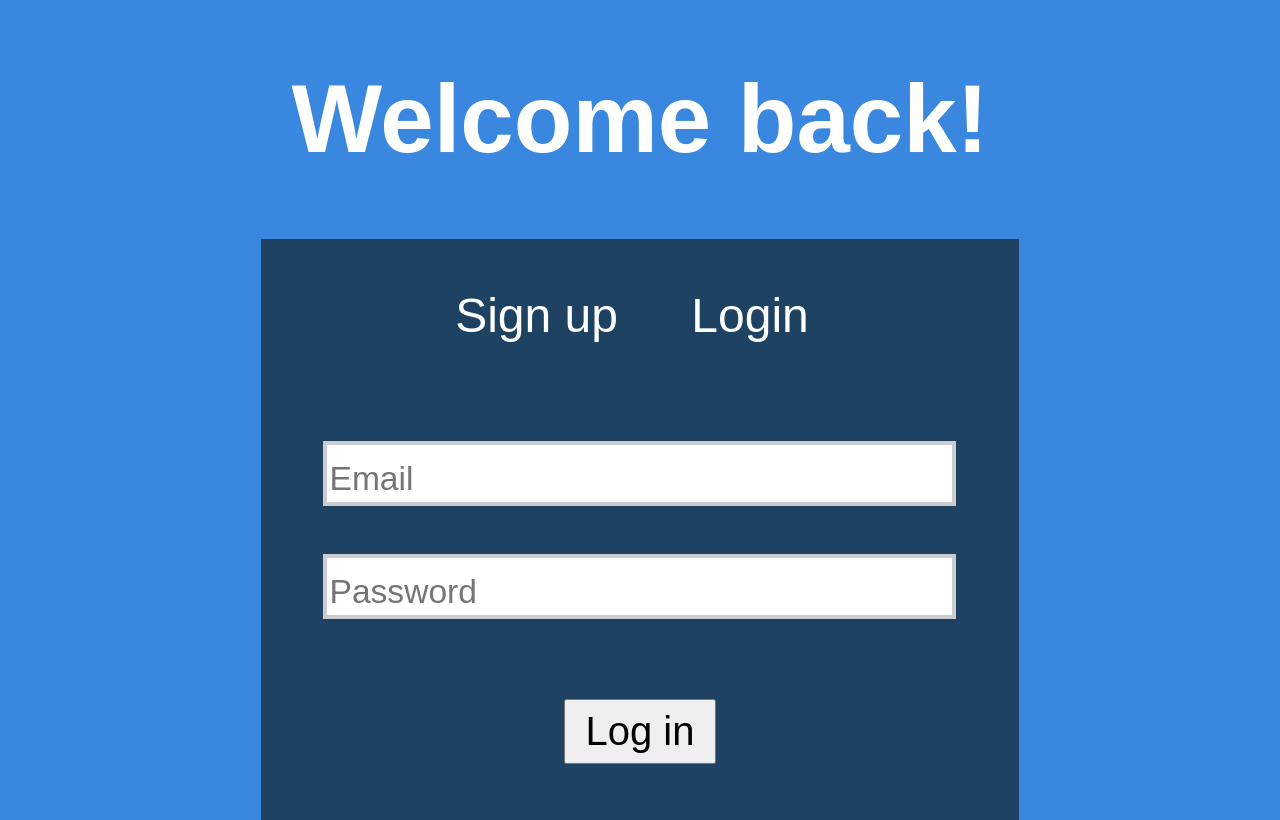
Repository: NicolasssCarlos/basic-flask-login
Page: http://localhost/
An editor plug-in stored every save of this project. The page is shown before and after the next save, followed by the edit.
The browser window is 1280 px wide. The pictures show the whole page.
The pointer rests on the first visible `.buttons button`.
The page is served by the project's application, run on Flask 3 (app.py).

Above is the page before, as saved 2025-06-11 21:03:16.

### templates/index.html
<!DOCTYPE html>
<html lang="en">
<head>
    <meta charset="UTF-8">
    <meta name="viewport" content="width=device-width, initial-scale=1.0">


    <link rel="stylesheet" href="{{url_for('static', filename='main.css')}}">
    <title>Document</title>
</head>
<body class="login">


    <div class="container">


        <h1>Welcome back!</h1>


        <div class="log-in">


            <form method="post">


                <div class="buttons">


                    <button type="button" onclick="window.location.href='/signup'">Sign up</button>


                    <button type="button" onclick="window.location.href='/'">Login</button>



                </div>


                <div class="inputs">


                    <input type="email" name="email" placeholder="Email">


                    <input type="password" name="password" placeholder="Password">


                    <button type="submit">Log in</button>



                </div>



            </form>



        </div>


        {% if welcome %}


            {{ welcome }}


        {% elif error %}


            {{ error }}


        {% endif %}



    </div>



</body>
</html>

### app.py
from flask import Flask, render_template, request
import sqlite3



app = Flask(__name__)



connection = sqlite3.connect("users_log.db", check_same_thread=False)
cursor = connection.cursor()



cursor.execute("""
    CREATE TABLE IF NOT EXISTS users_log (
        id INTEGER PRIMARY KEY AUTOINCREMENT,
        name TEXT,
        username TEXT,
        email TEXT,
        password TEXT
    )
""")

@app.route("/", methods=["POST", "GET"])
def home():
    welcome = error = ""

    if request.method == "POST":
        email = request.form.get("email")
        password = request.form.get("password")

        cursor.execute("SELECT * FROM users_log WHERE email = ?", (email,))
        user_found = cursor.fetchone()

        if user_found:
            if user_found[4] == password:
                welcome = f"Welcome, {user_found[1]}"
            else:
                error = "Login failed. Incorrect email or password"

    return render_template("index.html", welcome=welcome, error=error)

@app.route("/signup", methods=["POST", "GET"])
def signup():
    errors = []
    welcome = ""

    if request.method == "POST":
        name = request.form.get("name")
        username = request.form.get("username")
        email = request.form.get("email")
        password = request.form.get("password")

        if name and username and email and password:
            cursor.execute("SELECT * FROM users_log WHERE email = ?", (email,))
            if cursor.fetchone():
                errors.append("Email is already in use")

            cursor.execute("SELECT * FROM users_log WHERE username = ?", (username,))
            if cursor.fetchone():
                errors.append("Username is already in use")

            if not errors:
                cursor.execute(
                    "INSERT INTO users_log (name, username, email, password) VALUES (?, ?, ?, ?)",
                    (name, username, email, password)
                )

                cursor.execute("SELECT * FROM users_log WHERE username = ?", (username,))
                user = cursor.fetchone()
                user_name = user[1]
                welcome = f"Welcome, {user_name}"

    return render_template("login.html", errors=errors, welcome=welcome)

if __name__ == "__main__":
    app.run(debug=True)

### static/main.css
.login {

    font-family: Arial, Helvetica, sans-serif;


    font-size: 3rem;


    background-color: #3a87df;


    color: #fff;


    margin-bottom: 0;



}


.login h1 {


    align-items: center;


    justify-content: center;


    text-align: center;



}


.login .container .log-in {


    background-color: #1e4262;


    color: #fff;


    width: 60%;


    margin-left: auto;


    margin-right: auto;


}


.inputs {



    display: flex;


    flex-direction: column;


    gap: 1rem;


    margin: 0 auto;

    margin-top: 2.1rem;


    align-items: center;


    justify-content: center;


    text-align: center;



}


.inputs input {


    font-size: 3rem;


    margin-bottom: 1rem;


    margin-top: 1rem;


    border: solid 0.3rem;


    border-color: #cccccc;
}


.inputs button {


    font-size: 2.5rem;


    width: 20%;


    align-items: center;


    justify-content: center;


    text-align: center;


    padding: 0.5rem;


    margin-top: 3rem;


    margin-bottom: 3.5rem;



}


.login .container .buttons {


    align-items: center;


    justify-content: center;


    text-align: center;



}


.buttons button {


    border: transparent;


    font-size: 3rem;


    background: transparent;


    color: #fff;


    margin-left: 1rem;

    margin-right: 2rem;


    cursor: pointer;


    margin-top: 3rem;


    margin-bottom: 3rem;



}


.inputs input::placeholder {


    font-size: 2.1rem;



}


.buttons button:hover {


    color: #ccccc;
}

After the next save:
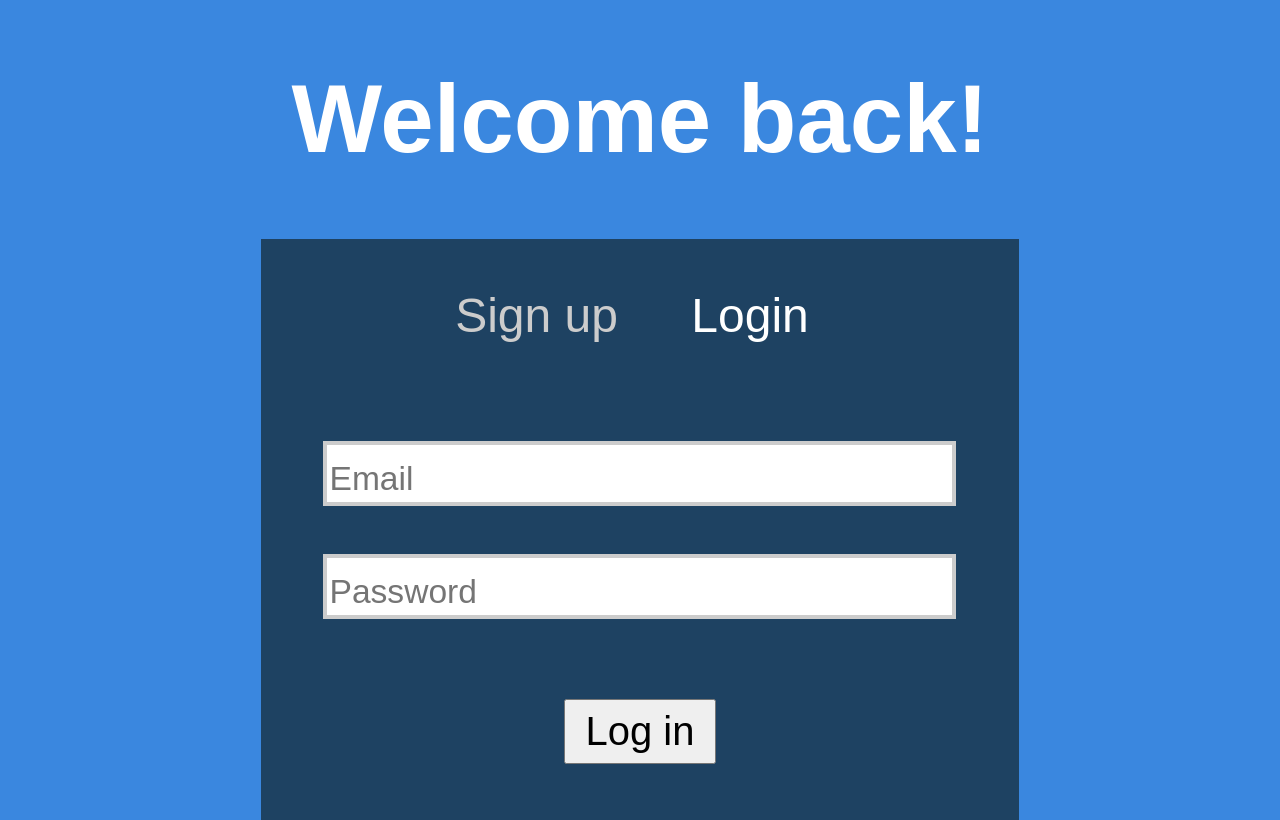
Saved 4 s later.
--- a/static/main.css
+++ b/static/main.css
@@ -199,5 +199,5 @@
 .buttons button:hover {
 
 
-    color: #ccccc;
-}
+    color: #cccccc;
+}
